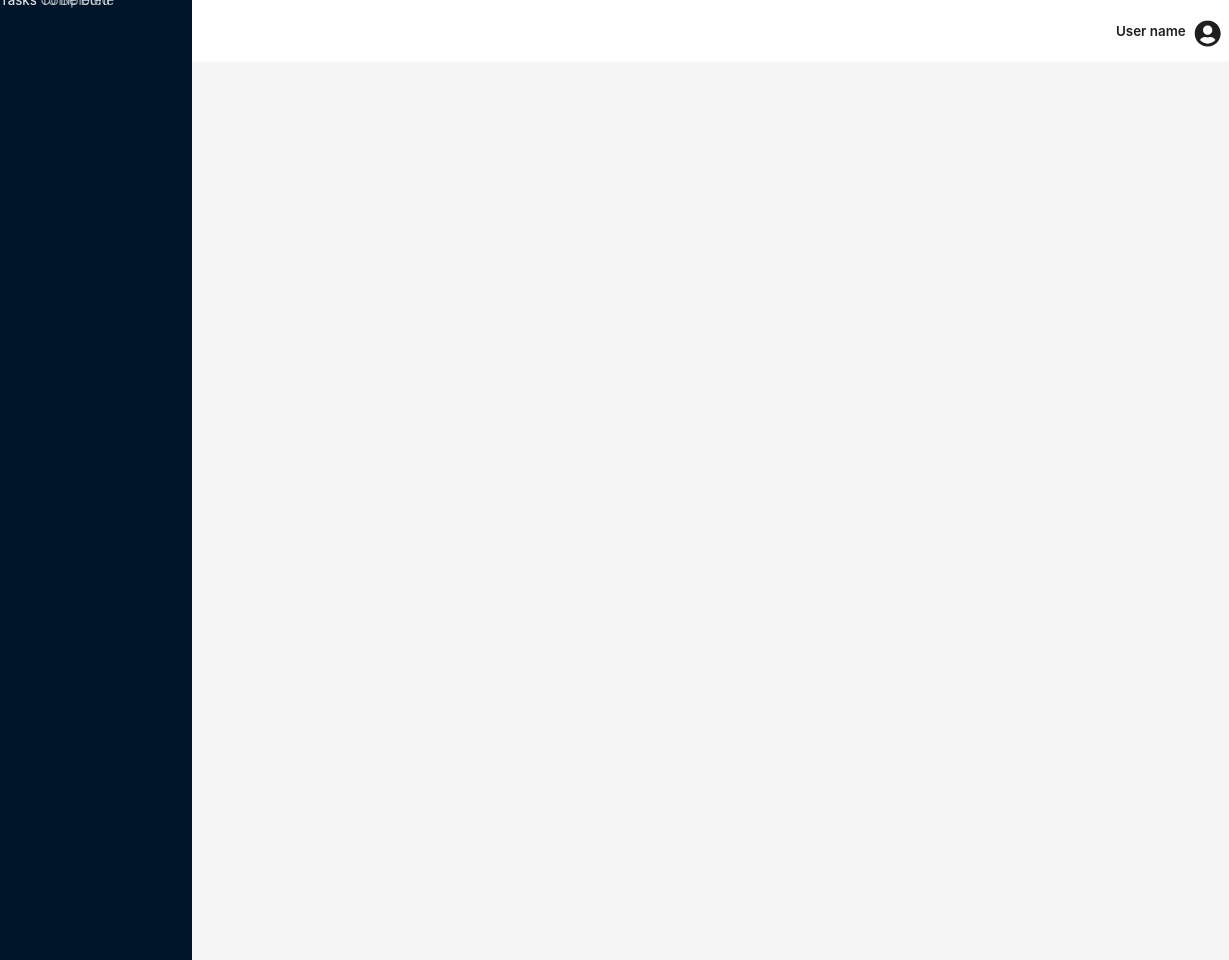
Repository: runner855/todolist_new
Page: /
These files come from the project's save history. The page is drawn as it stood at one moment and after the next save; the edit follows.
The browser window is 1280 px wide. The pictures show the whole page, at 96% of full size.
The project was rebuilt for these pictures with package versions that can differ from the ones it lists, and the page was loaded fresh each time.

Above is the page before, as saved 2023-03-19 22:12:43.

### src/index.tsx
import React from "react";
import ReactDOM from "react-dom/client";
import "./index.css";
import { App } from "./App";
import { BrowserRouter } from "react-router-dom";

const root = ReactDOM.createRoot(
  document.getElementById("root") as HTMLElement
);
root.render(
  <React.StrictMode>
    <BrowserRouter>
    <App />
    </BrowserRouter>
  </React.StrictMode>
);

### src/App.tsx
import React from 'react';
import './App.css';
import { NavBar } from './components/NavBar/NavBar';

export const App = () =>{
  return (
    <div className="App">
      <NavBar/>

    </div>
  );
}

### src/components/NavBar/NavBar.tsx
import React from 'react';

import { Layout, Menu, theme } from 'antd';
import { FaUserCircle } from 'react-icons/fa';
import { PagesArray } from '../../Utilities/Utility'
import "../NavBar/NavBar.css";
import { NavLink } from 'react-router-dom';

const { Header, Content, Footer, Sider } = Layout;

export const NavBar = () => {

  const {
    token: { colorBgContainer },
  } = theme.useToken();

  return (
      <Layout>
      <Sider
        breakpoint="lg"
        collapsedWidth="0"
        style={{height:1000}}
        onBreakpoint={(broken) => {
          console.log(broken);
        }}
        onCollapse={(collapsed, type) => {
          console.log(collapsed, type);
        }}
      >
        <div className="logo" />
        {/* <Menu
          theme="dark"
          mode="inline"
          items={PagesArray && PagesArray.map(
            (item, index) => ({
              key: index,

              label:  item.label ? <NavLink   to={item.to}>{item.label}</NavLink> :
              <img  className="logo"src={item.image} alt="logo"/>
            })
          )}


        /> */}
      <Menu theme="dark" mode="inline">{PagesArray && PagesArray.map((item, index) => {
        return (
        <ul className='links_container'>
          <li className='item_link'>{item.label}</li>
        </ul>



        )
      })}</Menu>
      </Sider>
      <Layout>
        <Header style={{ padding: 0, background: colorBgContainer }}>
        <div className='avatar_container'>
          <ul className='user'>
            <li className='user_text'>User name</li>
            <li className='user_icon'><FaUserCircle/></li>

          </ul>
          </div>

        </Header>
      </Layout>
    </Layout>
   );
}

### src/Utilities/Utility.tsx
import { TASKS_TO_BE_DONE, TASKS_COMPLETED } from '../Constants/Dictionary';
import { AppUrls } from '../Types/appTypes';
import { LOGO } from '../Constants/Dictionary';
export const PagesArray = [
  {image:LOGO},
  {label: TASKS_TO_BE_DONE, to: AppUrls.TASKS_TO_BE_DONE},
  {label: TASKS_COMPLETED, to: AppUrls.TASKS_COMPLETED},

]

### src/components/NavBar/NavBar.css
#components-layout-demo-responsive .logo {
  height: 32px;
  margin: 16px;
  background: rgba(255, 255, 255, 0.2);
}

li {
  list-style-type: none;
}

.user {
  display: flex;
  flex-direction: row;
  justify-content: right;
}

.user_icon {
  font-size: 2em;
  margin-right: 0.1em;
  margin: 0em 0.3em 0em 0.3em;
  line-height: 1.8;
}

.user_text {
  line-height: 2.7;
  font-weight: 600;
}

img {
  height: 3em;
}

.links_container {
  display: flex;
  flex: column;
}

### src/Constants/Dictionary.ts
export const TASKS_TO_BE_DONE = "Tasks To Be Done";
export const TASKS_COMPLETED = "Tasks Completed"
export const LOGO = "https://pbs.twimg.com/profile_images/964093705748729856/nzx2mHKW_400x400.jpg";

### src/Types/appTypes.tsx

export enum AppUrls {
  TASKS_TO_BE_DONE = `/tasks_to_be_done`,
  TASKS_COMPLETED = "/tasks_copleted",

}

export enum LanguageEnum {
  EN = "en",
}

Loaded but not shown: public/index.html (common file); src/index.css (common file); src/App.css (common file)

After the next save:
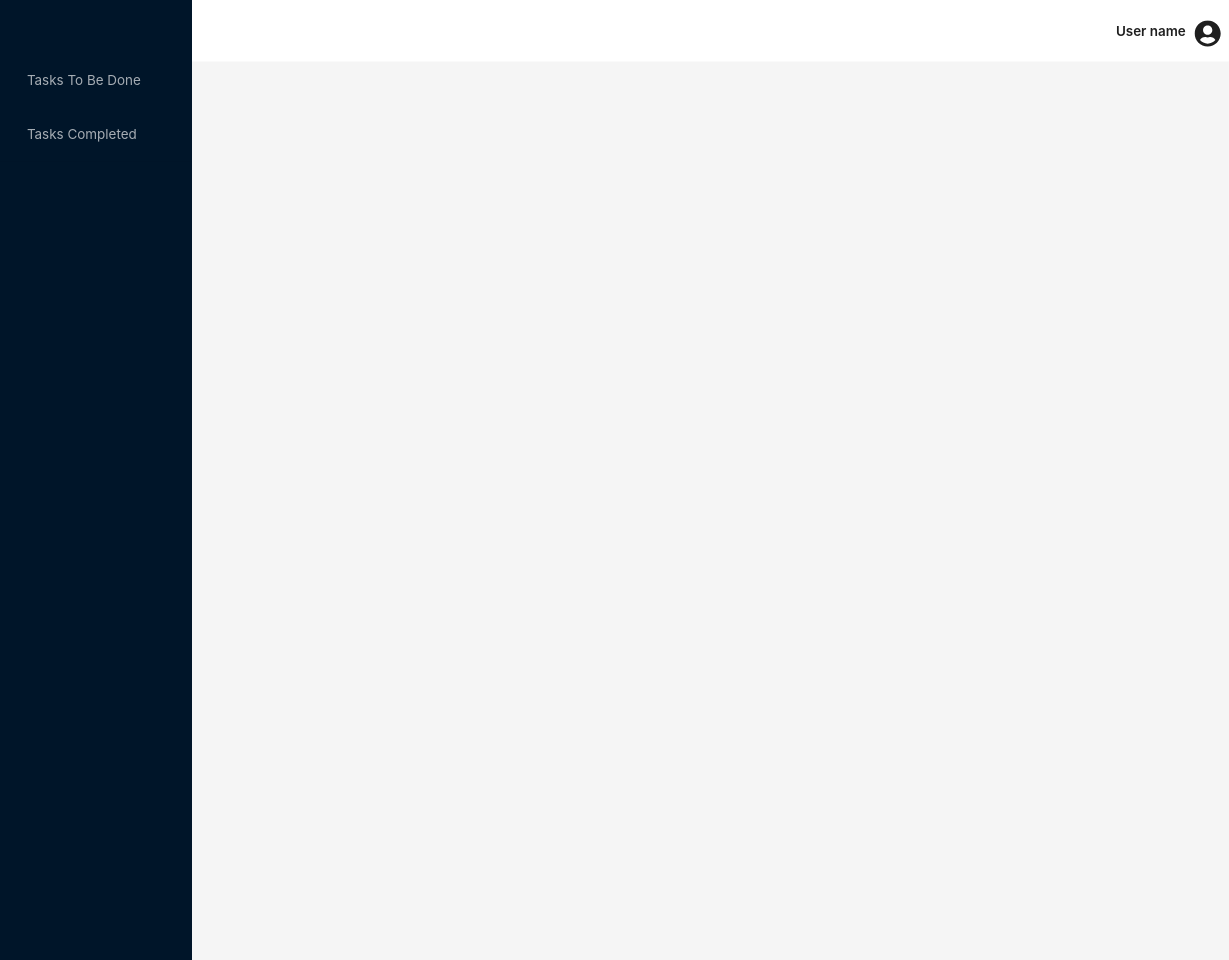
Saved 20 s later.
--- a/src/components/NavBar/NavBar.css
+++ b/src/components/NavBar/NavBar.css
@@ -34,3 +34,7 @@ img {
   display: flex;
   flex: column;
 }
+
+.item_link {
+  margin: 2em;
+}
